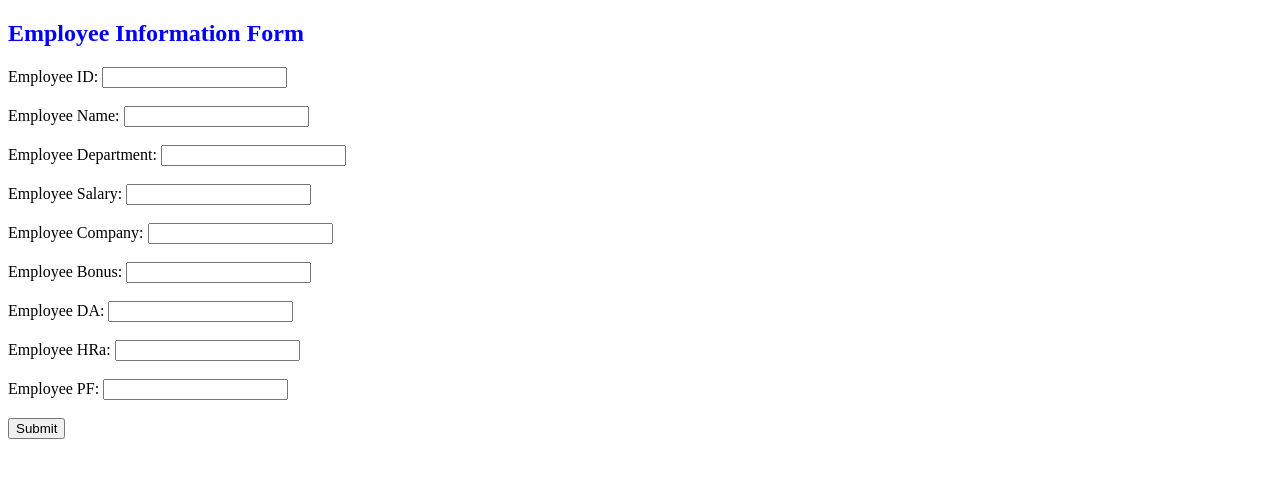
Repository: sohail1810/Product
Page: http://localhost/add-Emp
These files come from the project's save history. The page is drawn as it stood at one moment and after the next save; the edit follows.
The browser window is 1280 px wide. The pictures show the whole page.
The page is this project's Thymeleaf template; nobody is signed in. The template is opened directly, without the code that normally fills it, so the values that code supplies are empty.

Above is the page before, as saved 2024-12-19 17:53:13.

After the next save:
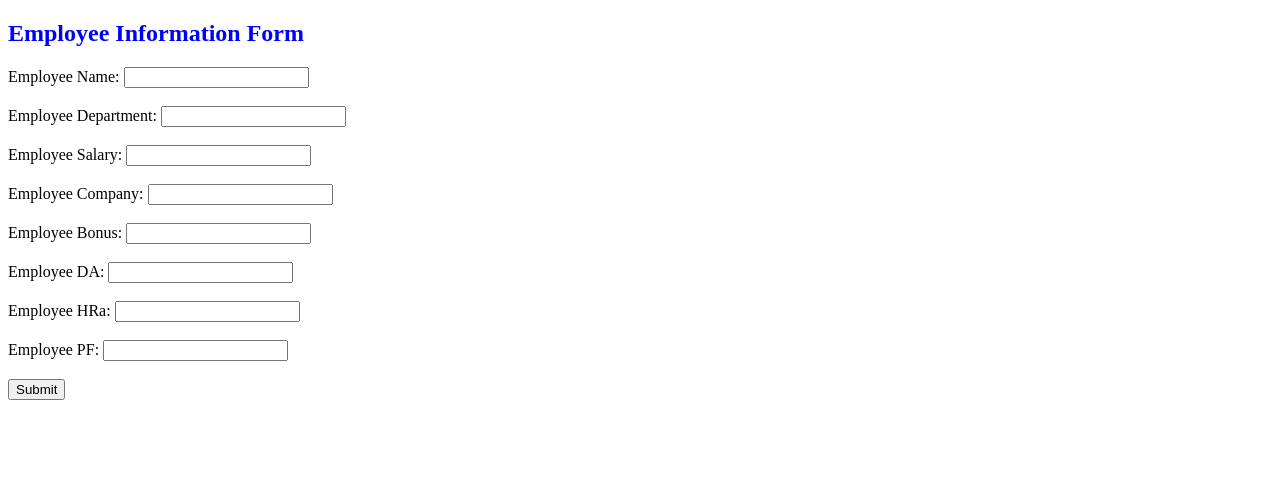
Saved 3 min 7 s later.
--- a/SpringBootMVC-2/src/main/resources/templates/add-Emp.html
+++ b/SpringBootMVC-2/src/main/resources/templates/add-Emp.html
@@ -18,8 +18,7 @@
 
     <form action="/saveEmployee" method="POST">
         <!-- Employee ID -->
-        <label for="emp_id">Employee ID:</label>
-        <input type="text" id="emp_id" name="empId" required><br><br>
+
 
         <!-- Employee Name -->
         <label for="emp_name">Employee Name:</label>

After the save that followed:
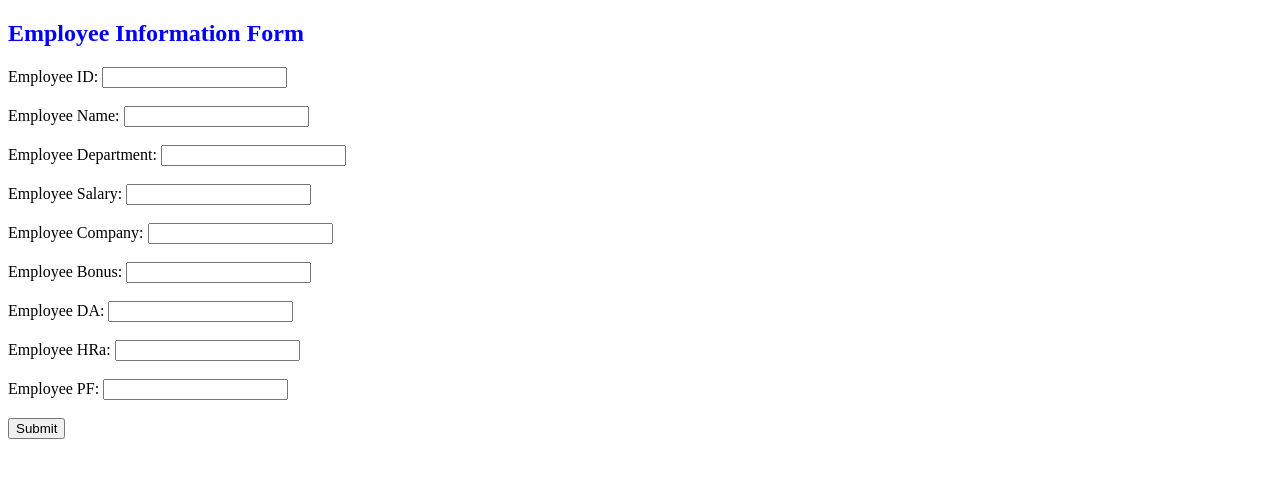
Saved 2 min 49 s later.
--- a/SpringBootMVC-2/src/main/resources/templates/add-Emp.html
+++ b/SpringBootMVC-2/src/main/resources/templates/add-Emp.html
@@ -18,7 +18,8 @@
 
     <form action="/saveEmployee" method="POST">
         <!-- Employee ID -->
-
+        <label for="emp_id">Employee ID:</label>
+        <input type="text" id="emp_id" name="empId" required><br><br>
 
         <!-- Employee Name -->
         <label for="emp_name">Employee Name:</label>
